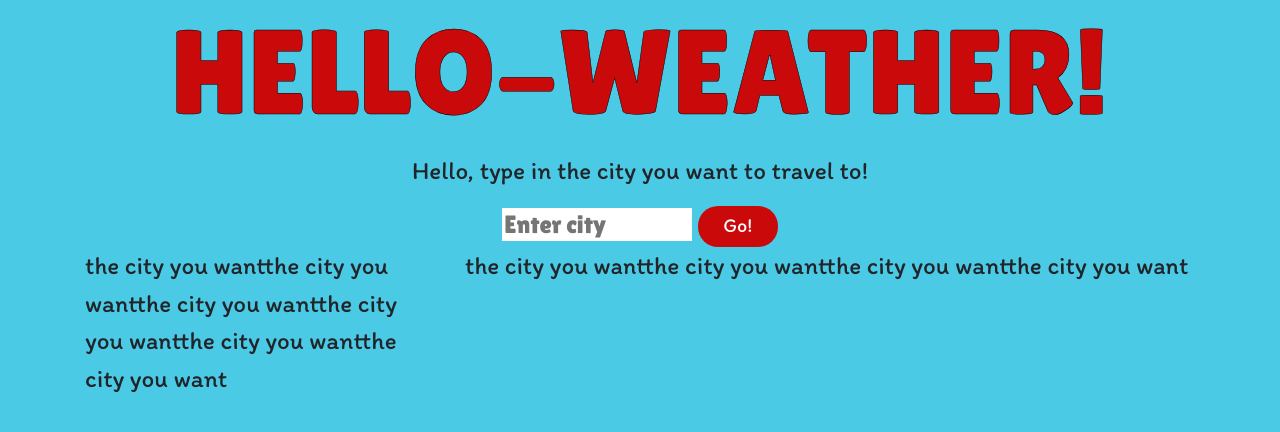
Repository: Jazinha/Hello-kitty-weather
Page: index.html
An editor plug-in stored every save of this project. The page is shown before and after the next save, followed by the edit.
The browser window is 1280 px wide. The pictures show the whole page.
Some web libraries are served in a nearby version.

Above is the page before, as saved 2023-02-05 23:25:06.

After the next save:
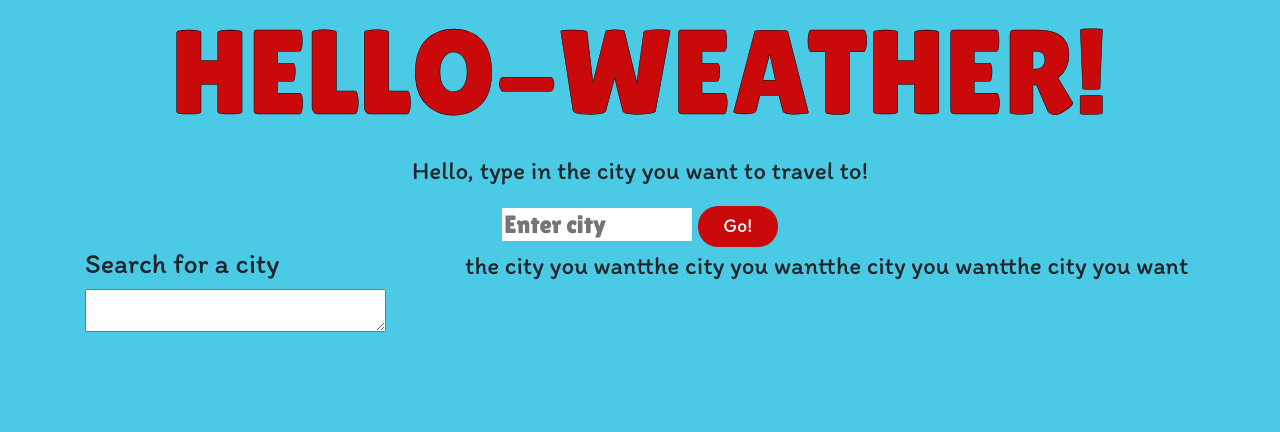
Saved 91 s later.
--- a/index.html
+++ b/index.html
@@ -25,7 +25,8 @@
     <div class="container">
         <div class="row">
             <div class="col-4">
-                the city you wantthe city you wantthe city you wantthe city you wantthe city you wantthe city you want
+                <h3> Search for a city </h3>
+                <textarea id="search-word" rows="1"></textarea>
             </div>
 
             <div class="col-8">
